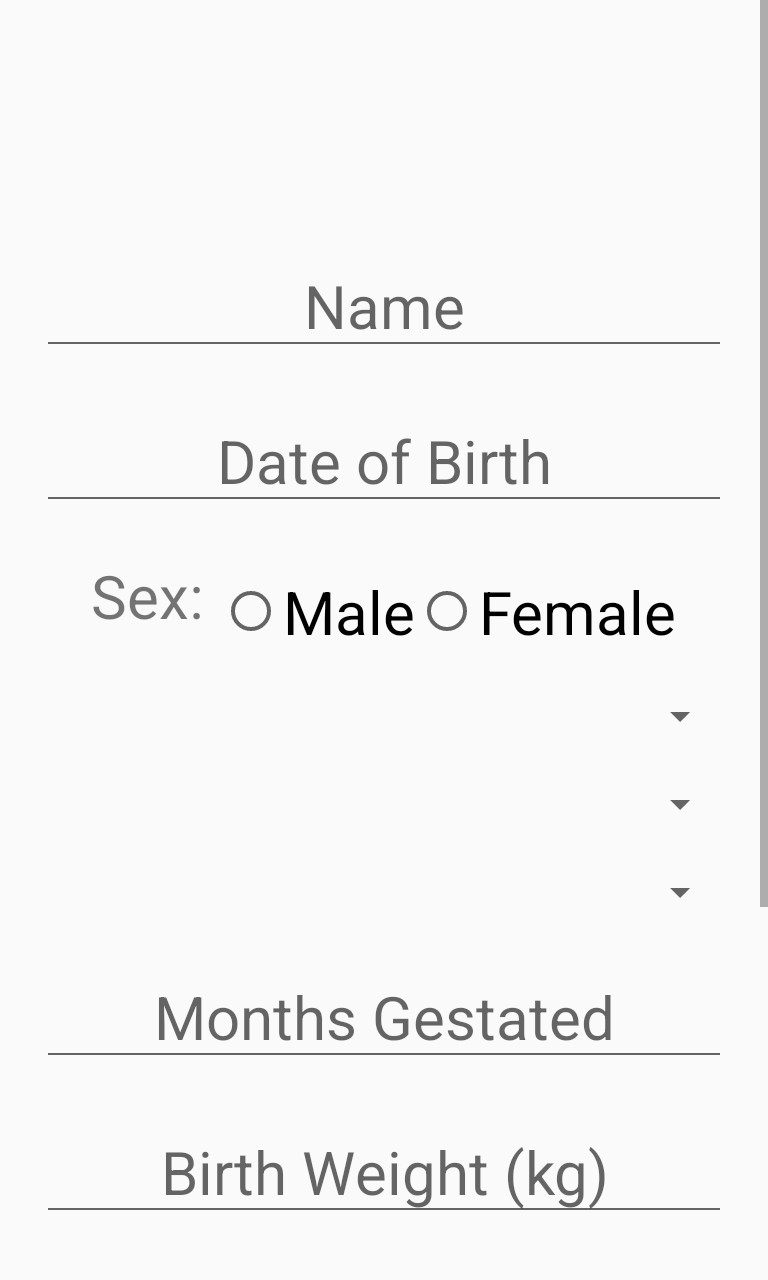
Repository: achavez812/GuatemalaProject2
Layout: GuateMedic-master/GuateMedic/res/layout/fragment_add_new_child.xml
An editor plug-in stored every save of this project. The layout is shown before and after the next save, followed by the edit.
It is drawn on a 768 x 1280 px phone screen (xhdpi) without system bars, with theme AppTheme; the app's code is not run.

Above is the layout before, as saved 2014-07-05 01:56:01.

### GuateMedic-master/GuateMedic/res/layout/fragment_add_new_child.xml
<?xml version="1.0" encoding="utf-8"?>
<ScrollView
     xmlns:android="http://schemas.android.com/apk/res/android"
     android:layout_width="match_parent"
     android:layout_height="match_parent">
	 <LinearLayout
	     android:layout_width="match_parent"
	     android:layout_height="wrap_content"
	     android:orientation="vertical"
	     android:gravity="center"
	     android:padding="20dp">

	     <TextView
	         android:id="@+id/add_new_child_family"
	         android:layout_width="wrap_content"
	         android:layout_height="wrap_content"
	         android:gravity="center"
	         android:textSize="30sp"
	         android:layout_marginBottom="42dp"/>

	     <EditText
	         android:id="@+id/add_new_child_name"
	         android:layout_width="match_parent"
	         android:layout_height="wrap_content"
	         android:gravity="center"
	         android:layout_marginTop="20dp"
	         android:textSize="30sp"
	         android:hint="Name" />

	     <EditText
	         android:id="@+id/add_new_child_dob"
	         android:layout_width="match_parent"
	         android:layout_height="wrap_content"
	         android:gravity="center"
	         android:layout_marginTop="20dp"
	         android:textSize="30sp"
	         android:hint="Date of Birth" />

		<LinearLayout
	        android:layout_width="match_parent"
	        android:layout_height="wrap_content"
	        android:layout_marginTop="20dp"
	        android:gravity="center_horizontal"
	        android:orientation="horizontal" >

	    	<TextView
		     	android:id="@+id/add_new_child_gender_title"
			    android:layout_width="wrap_content"
			    android:layout_height="wrap_content"
				android:textSize="30sp"
			    android:text="Sex: "
			    />

	    	<RadioGroup
	    	    android:id="@+id/add_new_child_gender"
			    android:layout_width="wrap_content"
			    android:layout_height="wrap_content"
			    android:layout_marginTop="8dp"
			    android:orientation="horizontal">

			    <RadioButton android:id="@+id/radio_male"
			        android:layout_width="wrap_content"
			        android:layout_height="wrap_content"
			        android:textSize="30sp"
			        android:text="Male"/>

			    <RadioButton android:id="@+id/radio_female"
			        android:layout_width="wrap_content"
			        android:layout_height="wrap_content"
			        android:textSize="30sp"
			        android:text="Female"/>

			</RadioGroup>

		</LinearLayout>



     <Spinner
         android:id="@+id/add_new_child_type_of_birth"
         android:layout_width="match_parent"
         android:layout_height="wrap_content"
         android:gravity="center"
         android:layout_marginTop="20dp"/>

     <Spinner
         android:id="@+id/add_new_child_num_children_in_same_pregnancy"
         android:layout_width="match_parent"
         android:layout_height="wrap_content"
         android:gravity="center"
         android:layout_marginTop="20dp" />

     <Spinner
         android:id="@+id/add_new_child_prenatal_care"
         android:layout_width="match_parent"
         android:layout_height="wrap_content"
         android:gravity="center"
         android:layout_marginTop="20dp" />

     <EditText
         android:id="@+id/add_new_child_months_gestated"
         android:layout_width="match_parent"
         android:layout_height="wrap_content"
         android:gravity="center"
         android:layout_marginTop="20dp"
         android:textSize="30sp"
         android:ellipsize="start"
         android:inputType="numberDecimal"
         android:hint="Months Gestated" />

     <EditText
         android:id="@+id/add_new_child_birth_weight"
         android:layout_width="match_parent"
         android:layout_height="wrap_content"
         android:gravity="center"
         android:layout_marginTop="20dp"
         android:textSize="30sp"
         android:ellipsize="start"
         android:inputType="number"
         android:hint="Birth Weight (kg)" />

     <EditText
         android:id="@+id/add_new_child_birth_height"
         android:layout_width="match_parent"
         android:layout_height="wrap_content"
         android:gravity="center"
         android:layout_marginTop="20dp"
         android:textSize="30sp"
         android:ellipsize="start"
         android:inputType="number"
         android:hint="Birth Height (cm)" />

     <EditText
         android:id="@+id/add_new_child_youngest_sibling_dob"
         android:layout_width="match_parent"
         android:layout_height="wrap_content"
         android:gravity="center"
         android:layout_marginTop="20dp"
         android:textSize="30sp"
         android:hint="Youngest Sibling Date of Birth"
         />

     <Button
         android:id="@+id/add_new_child_button"
         android:layout_width="150dp"
         android:layout_height="50dp"
         android:layout_marginTop="30dp"
         android:gravity="center"
         android:textSize="30sp"
         android:text="Add Child" />
 	</LinearLayout>
</ScrollView>

### GuateMedic-master/GuateMedic/res/values/styles.xml
<resources xmlns:android="http://schemas.android.com/apk/res/android">

    <!--
        Base application theme, dependent on API level. This theme is replaced
        by AppBaseTheme from res/values-vXX/styles.xml on newer devices.
    -->

    <!-- Application theme. -->
    <style name="AppTheme" parent="@style/Theme.AppCompat.Light.DarkActionBar">
        <!-- All customizations that are NOT specific to a particular API-level can go here. -->
    	<item name="android:typeface">sans</item>
        <item name="actionBarStyle">@style/MyActionBar</item>
    	<item name="android:actionBarStyle">@style/MyActionBar</item>
    	<item name="android:actionOverflowButtonStyle">@style/OverFlow</item>
    	<item name="android:popupMenuStyle">@style/MyPopupMenu</item>
    	<item name="popupMenuStyle">@style/MyPopupMenu</item>
        <item name="android:panelBackground">#004d6b</item>
         <item name="android:itemTextAppearance">@style/myCustomMenuTextApearance</item>

    </style>
       <style name="myCustomMenuTextApearance" parent="@android:style/TextAppearance.Widget.IconMenu.Item">
        <item name="android:textColor">#FFFFFF</item>
        <item name="android:textSize">20sp</item>

    </style>
    <style name="MyActionBar" parent="@style/Widget.AppCompat.Light.ActionBar.Solid.Inverse">
        <item name="android:background">#004d6b</item>
        <item name="android:titleTextStyle">@style/TitleText</item>



    </style>

    <style name ="MyPopupMenu" parent="android:Theme.Holo.Light">
        <item name="android:popupBackground">#004d6b</item>
    </style>

    <style name="OverFlow" parent="@android:style/Widget.Holo.ActionButton.Overflow">
    	<item name="android:src">@drawable/ic_action_overflow</item>
	</style>
    <style name="TitleText">
        <item name="android:textColor">#FFFFFF</item>
        <item name="android:typeface">sans</item>
        <item name="android:textSize">30sp</item>

    </style>
	<!--
	<style name="HomePage" parent="AppTheme">
	<item name="android:background"> @drawable/guatemala_home_bg </item>
	</style>
	    -->





</resources>

After the next save:
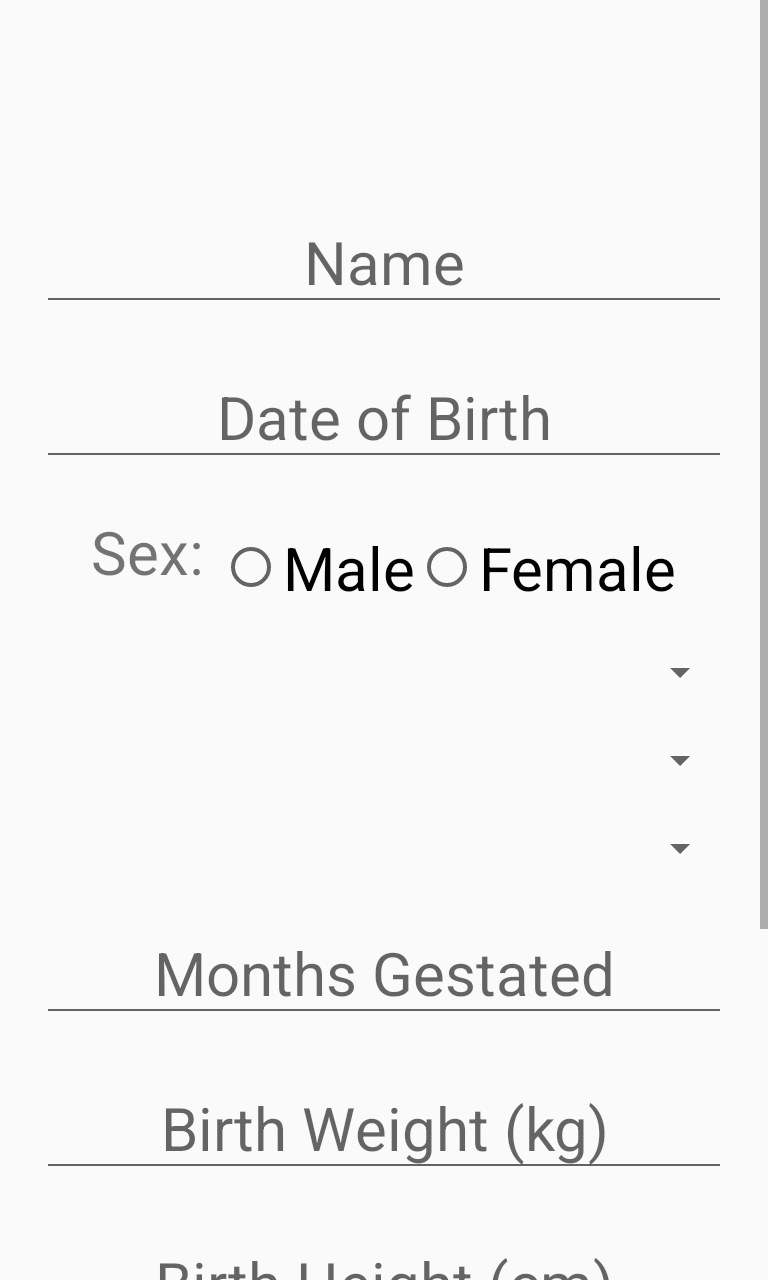
Saved 4 s later.
--- a/GuateMedic-master/GuateMedic/res/layout/fragment_add_new_child.xml
+++ b/GuateMedic-master/GuateMedic/res/layout/fragment_add_new_child.xml
@@ -16,7 +16,7 @@
 	         android:layout_height="wrap_content"
 	         android:gravity="center"
 	         android:textSize="30sp"
-	         android:layout_marginBottom="42dp"/>
+	         android:layout_marginBottom="20dp"/>
 
 	     <EditText
 	         android:id="@+id/add_new_child_name"
